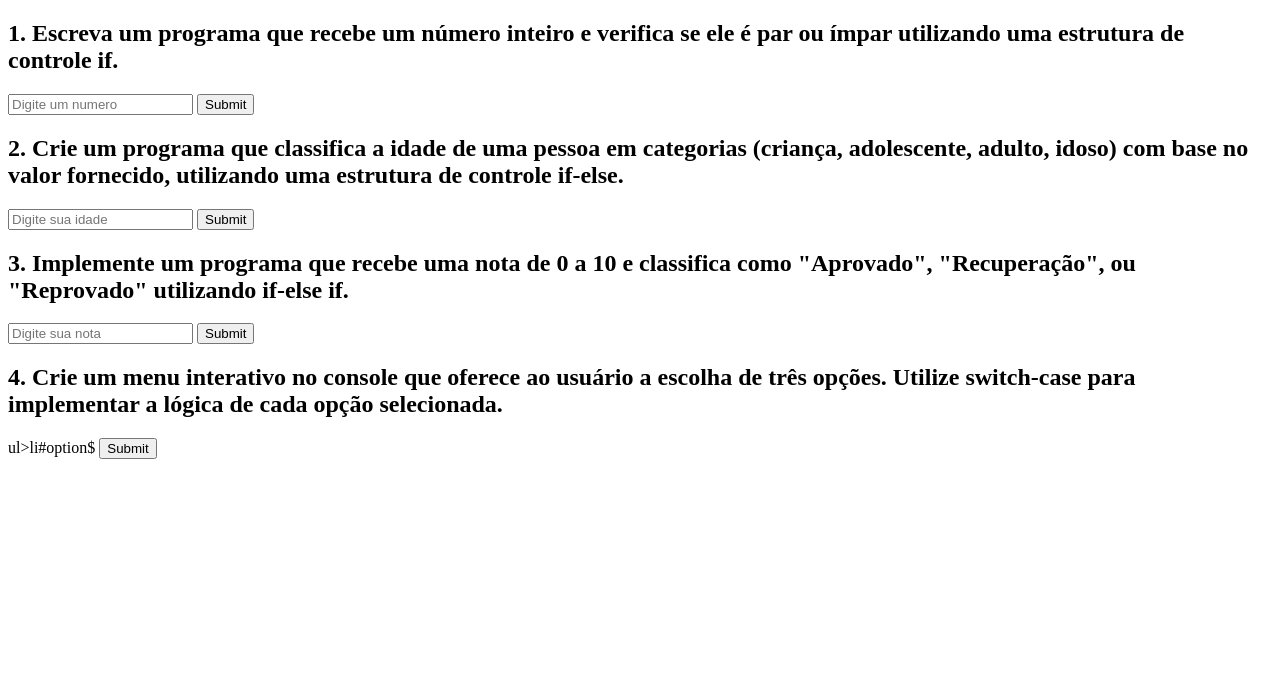
Repository: chidekina/prati-logica
Page: index.html
These files come from the project's save history. The page is drawn as it stood at one moment and after the next save; the edit follows.
The browser window is 1280 px wide. The pictures show the whole page.

Above is the page before, as saved 2025-04-29 14:26:21.

### index.html
<!DOCTYPE html>
<html lang="en">
<head>
    <main>
        <meta charset="UTF-8">
        <meta name="viewport" content="width=device-width, initial-scale=1.0">
        <title>+prati - Lista de Exercicios 1</title>
    </head>
<body>
    <div>
        <h2>
            1. Escreva um programa que recebe um número inteiro e verifica se ele é par ou ímpar
utilizando uma estrutura de controle if.
    </h2>
    <div>
        <input id="task1" type="text" placeholder="Digite um numero" />
        <input type="submit" onclick="parOuImpar()">
    </div>
    <h3 id="answer1"></h3>
</div>
    <div>
        <h2>
            2. Crie um programa que classifica a idade de uma pessoa em categorias (criança,
adolescente, adulto, idoso) com base no valor fornecido, utilizando uma estrutura de
controle if-else.
    </h2>
    <div>
        <input id="task2" type="text" placeholder="Digite sua idade" />
        <input type="submit" onclick="classificacaoEtaria()">
    </div>
    <h3 id="answer2"></h3>
</div>
    <div>
        <h2>
            3. Implemente um programa que recebe uma nota de 0 a 10 e classifica como
"Aprovado", "Recuperação", ou "Reprovado" utilizando if-else if.
    </h2>
    <div>
        <input id="task3" type="text" placeholder="Digite sua nota" />
        <input type="submit" onclick="aprovacao()">
    </div>
    <h3 id="answer3"></h3>
</div>
    <div>
        <h2>
            4. Crie um menu interativo no console que oferece ao usuário a escolha de três opções.
Utilize switch-case para implementar a lógica de cada opção selecionada.
    </h2>
    <div>
        ul>li#option$
        <input type="submit" onclick="aprovacao()">
    </div>
    <h3 id="answer3"></h3>
</div>
</main>
<script src="app.js"></script>
</body>
</html>

### app.js
function parOuImpar() {
  const task1 = document.getElementById("task1");
  const numero = parseInt(task1.value);
  let answer1 = document.getElementById("answer1");

  if (isNaN(numero)) {
    alert("Digite um número válido.");
  } else {
    answer1.innerHTML = `O número ${numero} é ${numero % 2 === 0 ? 'par' : 'ímpar'}`;
  }
  task1.value = '';
}

function classificacaoEtaria() {
  const task2 = document.getElementById("task2");
  const idade = parseInt(task2.value);
  let classificacao;
  let answer2 = document.getElementById("answer2");

  if (isNaN(idade) || idade > 100 || idade < 0) {
    alert("Digite uma idade válida.");
  } else {
    if (idade >= 60) {
      classificacao = "idoso";
    } else if (idade >= 20) {
      classificacao = "adulto";
    } else if (idade >= 12) {
      classificacao = "adolescente";
    } else {
      classificacao = "criança";
    }
    answer2.innerHTML = `A idade de ${idade} anos é classificada como ${classificacao}.`;
  }
  task2.value = '';
}

function aprovacao() {
    const task3 = document.getElementById('task3');
    const nota = task3.value;

    if( nota < 0 || nota > 10 || isNaN(nota)) {
        alert('Digite uma nota válida.');
    } else {
        answer3.innerHTML = nota >= 7 ? 'Parabéns! Você foi aprovado.' : 'Poxa... Você ficou de recuperação.';
    }

    task3.value = '';
}

After the next save:
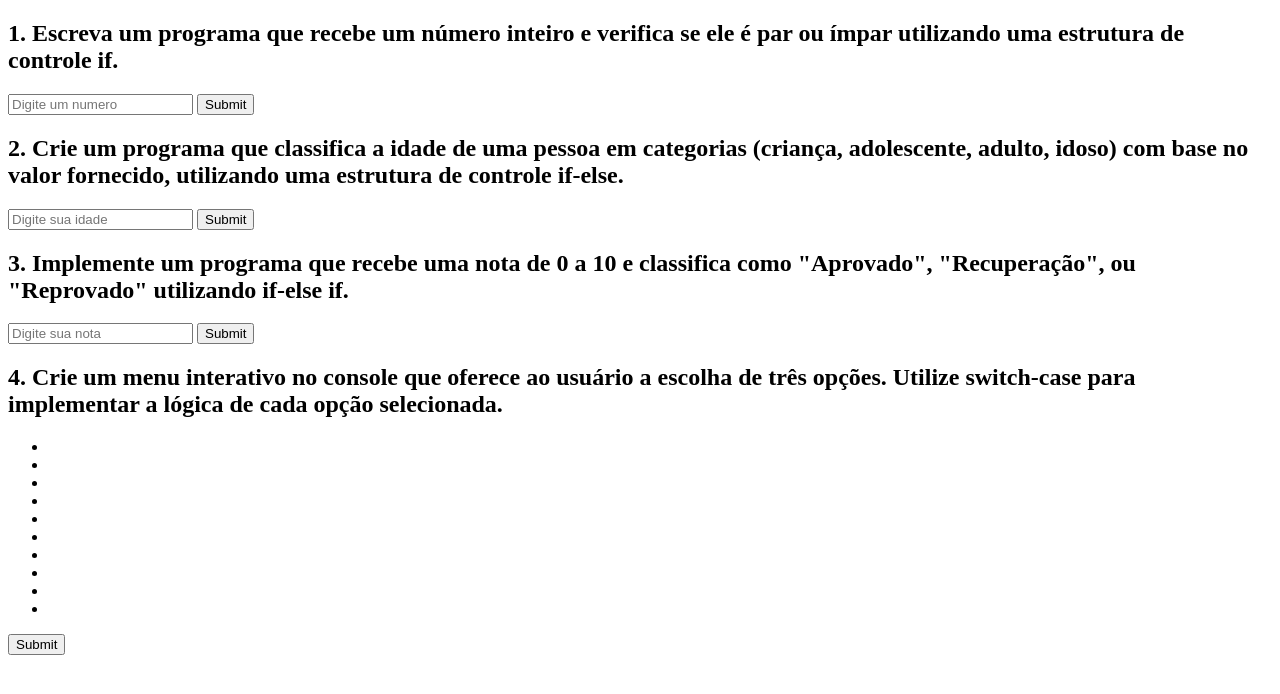
Saved 5 s later.
--- a/index.html
+++ b/index.html
@@ -47,7 +47,18 @@ controle if-else.
 Utilize switch-case para implementar a lógica de cada opção selecionada.
     </h2>
     <div>
-        ul>li#option$
+        <ul>
+            <li id="option1"></li>
+            <li id="option2"></li>
+            <li id="option3"></li>
+            <li id="option4"></li>
+            <li id="option5"></li>
+            <li id="option6"></li>
+            <li id="option7"></li>
+            <li id="option8"></li>
+            <li id="option9"></li>
+            <li id="option10"></li>
+        </ul>
         <input type="submit" onclick="aprovacao()">
     </div>
     <h3 id="answer3"></h3>
